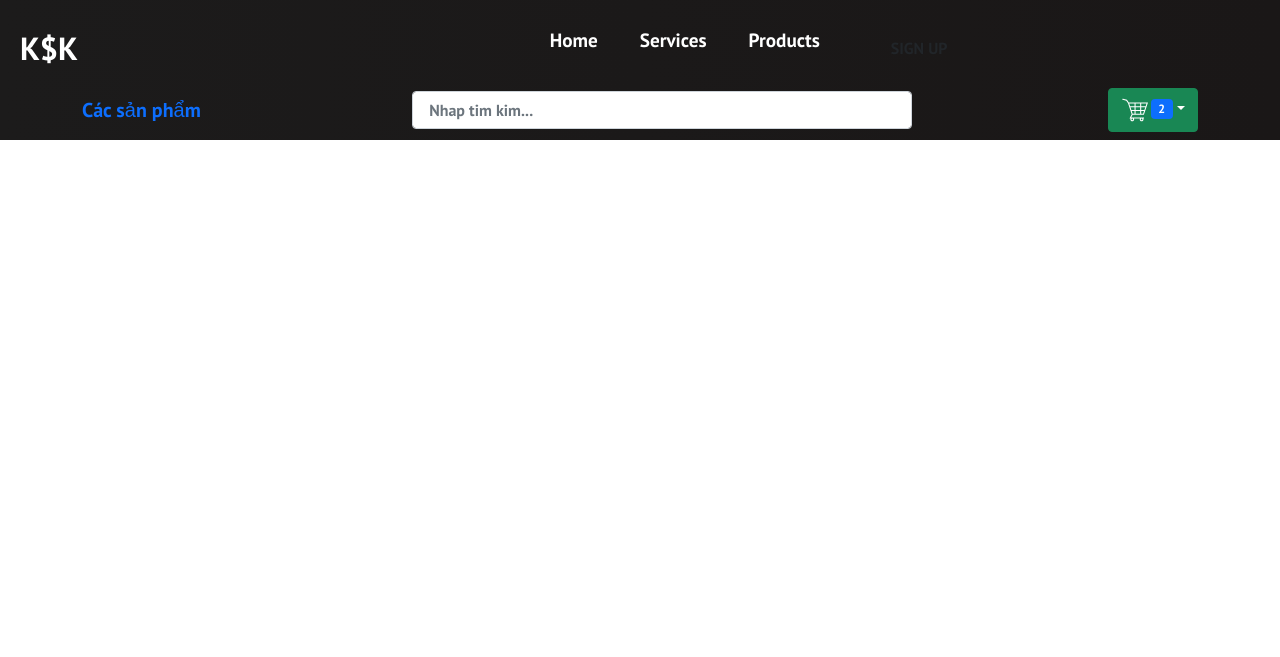
Repository: NguyenKhanhDP/nguyenankhanh-datttn2021
Page: /products/homecart
These files come from the project's save history. The page is drawn as it stood at one moment and after a run of saves; the edit follows.
The browser window is 1280 px wide. The pictures show the whole page.
Some web libraries are served in a nearby version. The project was rebuilt for these pictures with package versions that can differ from the ones it lists, and the page was loaded fresh each time. Also part of the build but not shown: src/components/Cards.css, src/components/CardItem.js, src/components/Cards.js, src/components/HeroSection.js, src/components/Footer.js, src/components/pages/Home.js, src/components/pages/Services.js, src/components/pages/productshopping/Cartview.js. Imported but missing from the stored project, and not drawn on this page: src/components/pages/SignUp.

Above is the page before, as saved 2021-09-29 21:30:36.

After the next 4 saves:
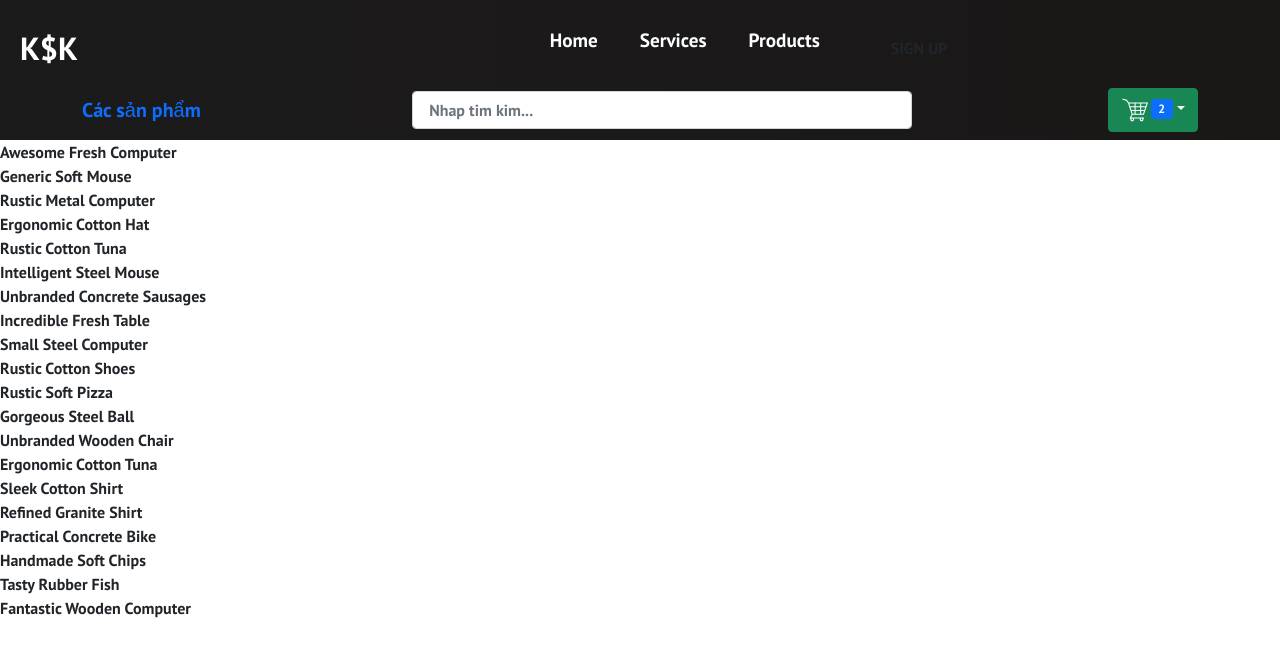
The 4 saves are shown as one change because they came seconds apart.
The last was saved 17 s later.
--- a/src/components/pages/productshopping/SingleProduct.js
+++ b/src/components/pages/productshopping/SingleProduct.js
@@ -3,7 +3,7 @@ import React from 'react'
 export const SingleProduct = ({ prod }) => {
     return (
         <div>
-            {}
+            { prod.name }
         </div>
     )
 }
